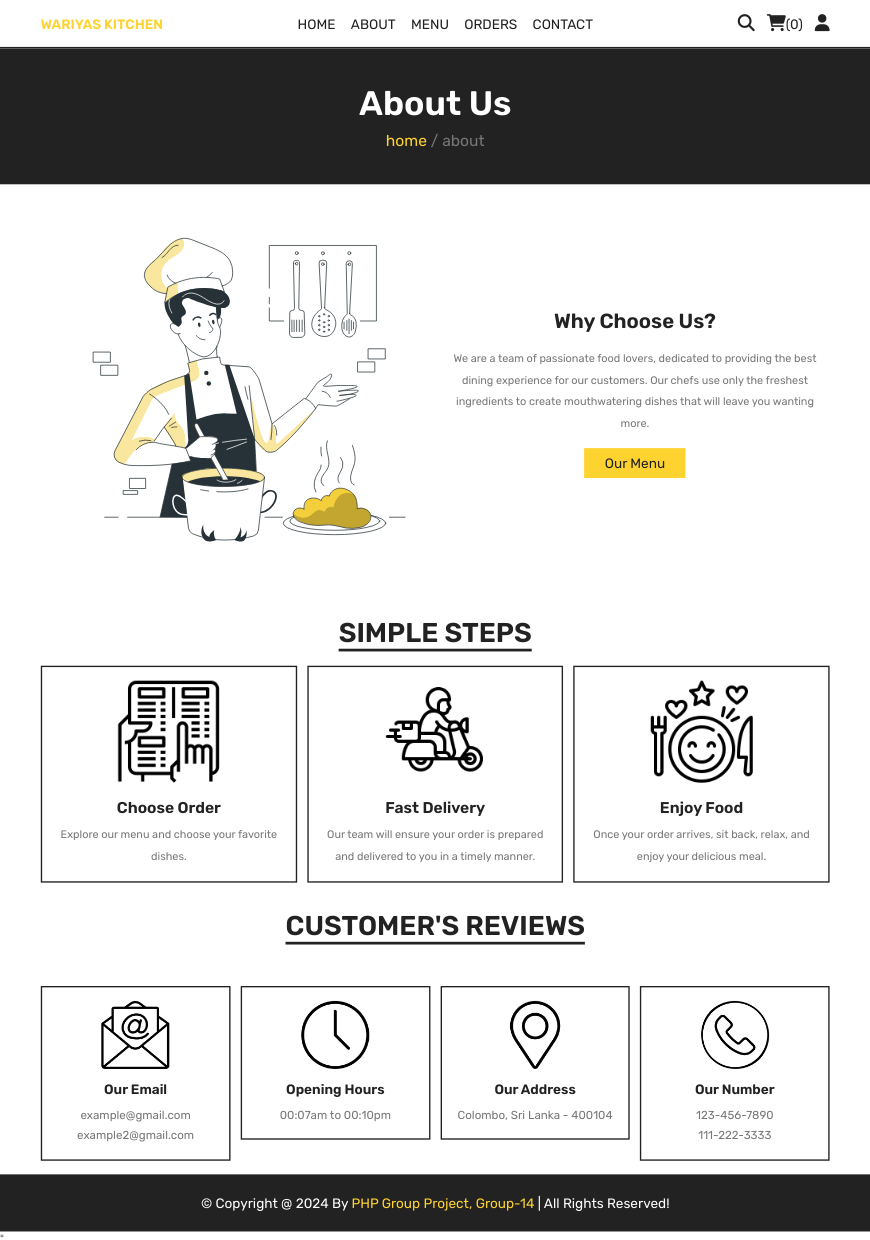
Repository: navodniwarshana/food_order_site
Page: http://localhost/about.php
The author's editor kept a copy of each file at every save. The page is drawn from the files as they stood at one save, then again after the next save.
The browser window is 1280 px wide. The pictures show the whole page, at 68% of full size.
Some web libraries are served in a nearby version. The page is run by PHP 8.4 with error messages shown; the project is at /var/www/html/. Queries for data that is not in the repository find no rows.

Above is the page before, as saved 2024-09-28 18:21:15.
Console error: TypeError: Cannot read properties of null (reading 'style')

After the next save:
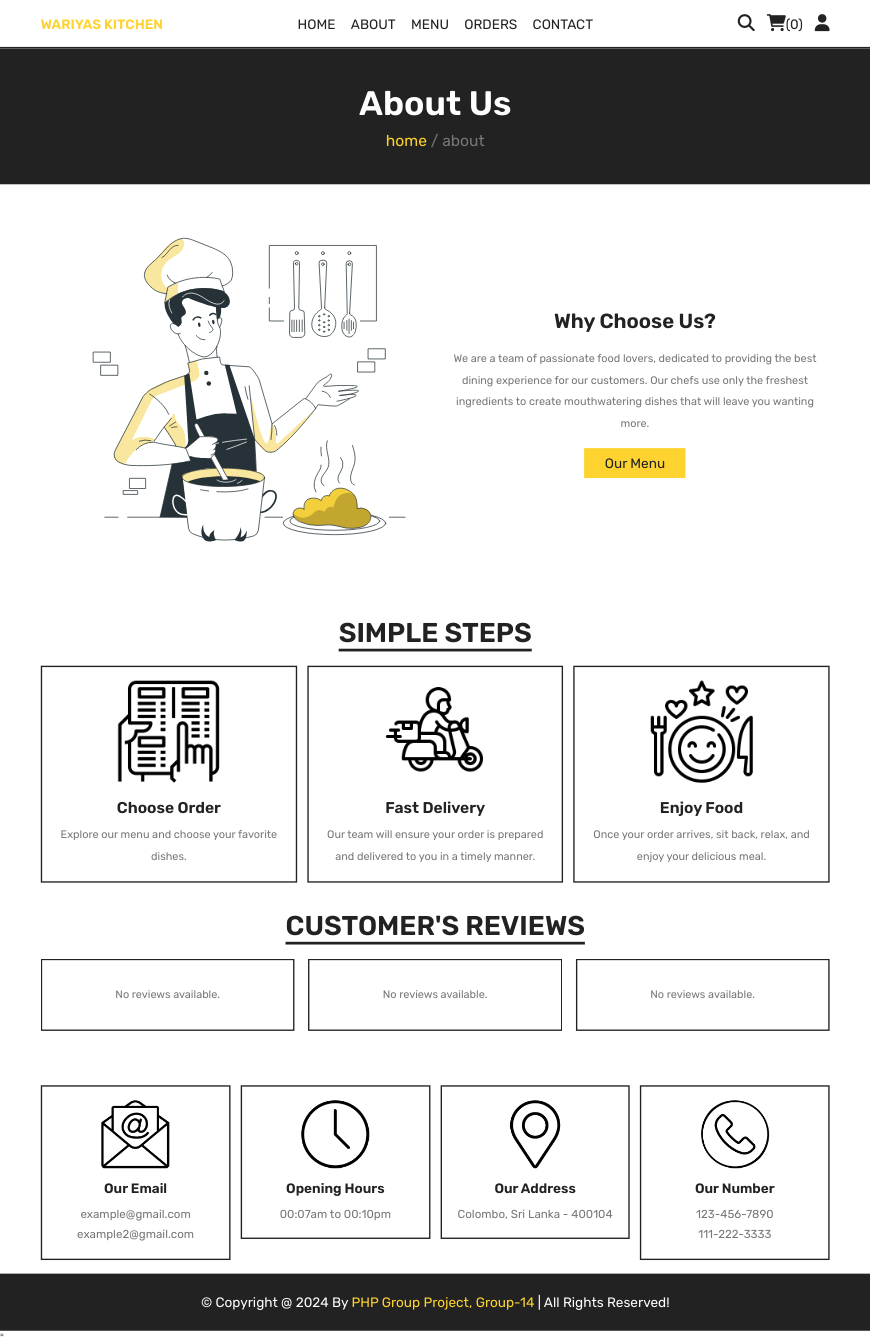
Saved 57 s later.
--- a/about.php
+++ b/about.php
@@ -109,20 +109,26 @@ if(isset($_SESSION['user_id'])){
          $select_reviews->execute();
          $reviews = $select_reviews->fetchAll(PDO::FETCH_ASSOC);
 
-         foreach($reviews as $review){
+         if(count($reviews) > 0){
+            foreach($reviews as $review){
+               echo '<div class="swiper-slide slide">';
+               echo '<img src="'.$review['user_image'].'" alt="">';
+               echo '<p>"'.$review['review_text'].'"';
+               echo '<div class="stars">';
+               for($i = 0; $i < 5; $i++){
+                  if($i < $review['rating']){
+                     echo '<i class="fas fa-star"></i>';
+                  } else {
+                     echo '<i class="far fa-star"></i>';
+                  }
+               }
+               echo '</div>';
+               echo '<h3>'.$review['name'].'</h3>';
+               echo '</div>';
+            }
+         } else {
             echo '<div class="swiper-slide slide">';
-            echo '<img src="'.$review['user_image'].'" alt="">';
-            echo '<p>"'.$review['review_text'].'"';
-            echo '<div class="stars">';
-            for($i = 0; $i < 5; $i++){
-               if($i < $review['rating']){
-                  echo '<i class="fas fa-star"></i>';
-               } else {
-                  echo '<i class="far fa-star"></i>';
-               }
-            }
-            echo '</div>';
-            echo '<h3>'.$review['name'].'</h3>';
+            echo '<p>No reviews available.</p>';
             echo '</div>';
          }
 
